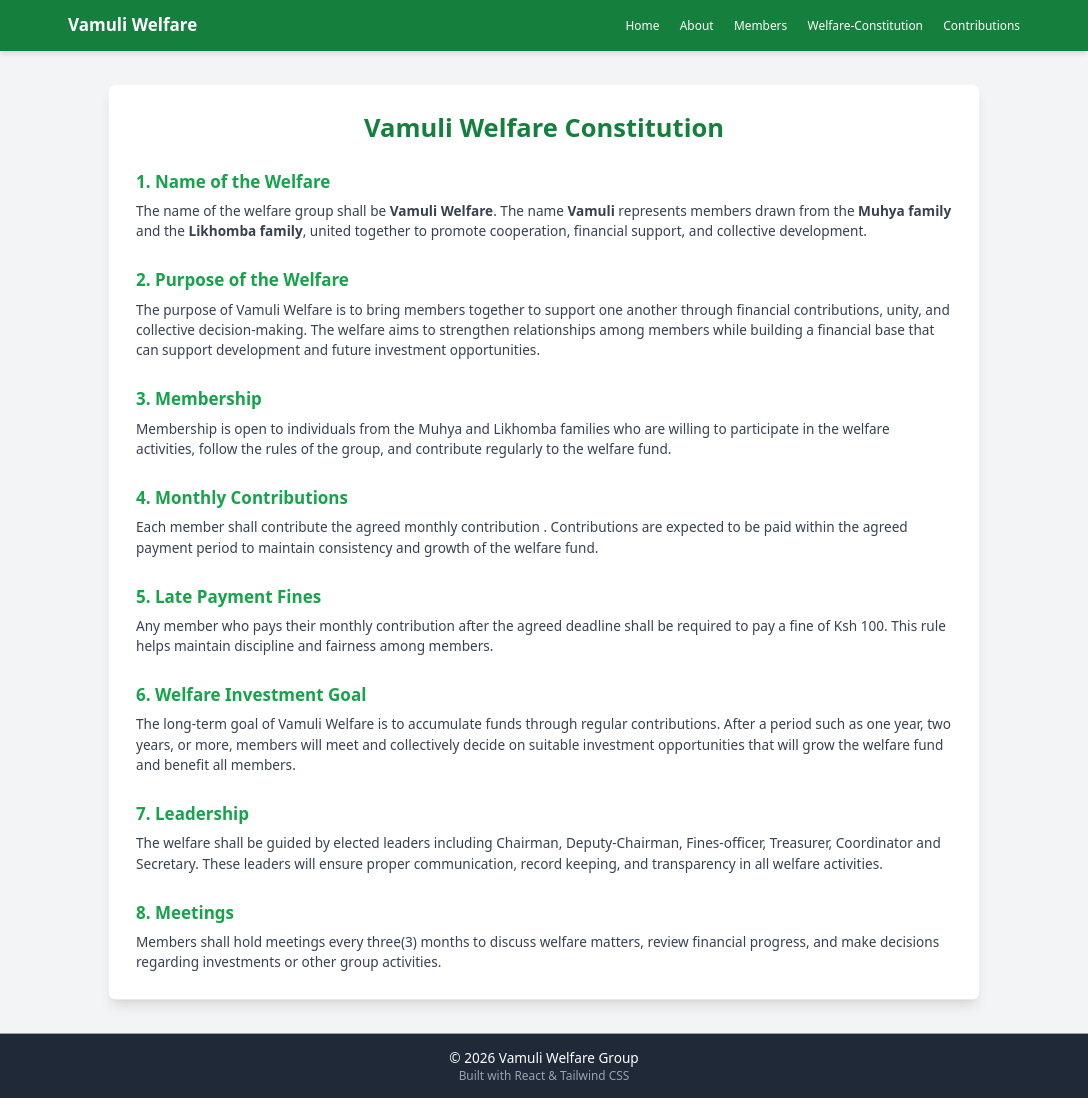
Repository: Engineer-collo/Vamuli-welfare
Page: /constitution
The author's editor kept a copy of each file at every save. The page is drawn from the files as they stood at one save, then again after the next save.
The browser window is 1280 px wide. The pictures show the whole page, at 85% of full size.
The project was rebuilt for these pictures with package versions that can differ from the ones it lists, and the page was loaded fresh each time. Also part of the build but not shown: vite.config.js, src/pages/contributionsData.js, src/pages/Home.jsx, src/pages/Members.jsx, src/pages/ContributionsTable.jsx, src/pages/About.jsx.

Above is the page before, as saved 2026-03-16 15:22:58.

### index.html
<!doctype html>
<html lang="en">
  <head>
    <meta charset="UTF-8" />
    <link rel="icon" type="image/svg+xml" href="/favicon.svg" />
    <meta name="viewport" content="width=device-width, initial-scale=1.0" />
    <title>vamuli-welfare</title>
  </head>
  <body>
    <div id="root"></div>
    <script type="module" src="/src/main.jsx"></script>
  </body>
</html>

### src/App.jsx
import { BrowserRouter as Router, Routes, Route } from "react-router-dom";

import Navbar from "./components/Navbar";
import Footer from "./components/Footer";

import Home from "./pages/Home";
import Members from "./pages/Members";
import ContributionsTable from "./pages/ContributionsTable";
import WelfareConstituion from "./pages/WelfareConstituion";
import About from "./pages/About";

function App() {
  return (
    <Router>
      <div className="bg-gray-100 min-h-screen">

        <Navbar />

        <Routes>
          <Route path="/" element={<Home />} />
          <Route path="/members" element={<Members />} />
          <Route path="/contributions" element={<ContributionsTable />} />
          <Route path="/about" element={<About />} />
          <Route path="/constitution" element={<WelfareConstituion/>} />

        </Routes>

        <Footer />

      </div>
    </Router>
  );
}

export default App;

### src/components/Navbar.jsx
import { Link } from "react-router-dom";

function Navbar() {
  return (
    <nav className="bg-green-700 text-white shadow-md">
      <div className="max-w-6xl mx-auto flex justify-between items-center p-4">

        <h1 className="text-xl font-bold">
          <Link to="/">Vamuli Welfare</Link>
        </h1>

        <ul className="flex gap-6 text-sm">
          <li>
            <Link to="/" className="hover:text-gray-200">Home</Link>
          </li>

          <li>
            <Link to="/about" className="hover:text-gray-200">About</Link>
          </li>

          <li>
            <Link to="/members" className="hover:text-gray-200">Members</Link>
          </li>

          <li>
            <Link to="/constitution" className="hover:text-gray-200">Welfare-Constitution</Link>
          </li>


          <li>
            <Link to="/contributions" className="hover:text-gray-200">Contributions</Link>
          </li>



        </ul>

      </div>
    </nav>
  );
}

export default Navbar;

### src/components/Footer.jsx
import React from "react";

function Footer() {
  return (
    <footer className="bg-gray-800 text-white mt-10">
      <div className="max-w-6xl mx-auto text-center p-4">
        <p>© 2026 Vamuli Welfare Group</p>
        <p className="text-sm text-gray-400">
          Built with React & Tailwind CSS
        </p>
      </div>
    </footer>
  );
}

export default Footer;

### src/pages/WelfareConstituion.jsx
import React from "react";

function Constitution() {
  return (
    <div className="max-w-5xl mx-auto mt-10 bg-white shadow-lg rounded-lg p-8">

      <h1 className="text-3xl font-bold text-center text-green-700 mb-8">
        Vamuli Welfare Constitution
      </h1>

      {/* Introduction */}

      <section className="mb-8">
        <h2 className="text-xl font-semibold text-green-600 mb-2">
          1. Name of the Welfare
        </h2>

        <p className="text-gray-700">
          The name of the welfare group shall be <strong>Vamuli Welfare</strong>.
          The name <strong>Vamuli</strong> represents members drawn from the
          <strong> Muhya family </strong> and the <strong>Likhomba family</strong>,
          united together to promote cooperation, financial support, and
          collective development.
        </p>
      </section>

      {/* Purpose */}

      <section className="mb-8">
        <h2 className="text-xl font-semibold text-green-600 mb-2">
          2. Purpose of the Welfare
        </h2>

        <p className="text-gray-700">
          The purpose of Vamuli Welfare is to bring members together to support
          one another through financial contributions, unity, and collective
          decision-making. The welfare aims to strengthen relationships among
          members while building a financial base that can support development
          and future investment opportunities.
        </p>
      </section>

      {/* Membership */}

      <section className="mb-8">
        <h2 className="text-xl font-semibold text-green-600 mb-2">
          3. Membership
        </h2>

        <p className="text-gray-700">
          Membership is open to individuals from the Muhya and Likhomba
          families who are willing to participate in the welfare activities,
          follow the rules of the group, and contribute regularly to the
          welfare fund.
        </p>
      </section>

      {/* Contributions */}

      <section className="mb-8">
        <h2 className="text-xl font-semibold text-green-600 mb-2">
          4. Monthly Contributions
        </h2>

        <p className="text-gray-700">
          Each member shall contribute the agreed monthly contribution .
          Contributions are expected to be paid within the agreed payment
          period to maintain consistency and growth of the welfare fund.
        </p>
      </section>

      {/* Fines */}

      <section className="mb-8">
        <h2 className="text-xl font-semibold text-green-600 mb-2">
          5. Late Payment Fines
        </h2>

        <p className="text-gray-700">
          Any member who pays their monthly contribution after the agreed
          deadline shall be required to pay a fine of Ksh 100. This rule helps
          maintain discipline and fairness among members.
        </p>
      </section>

      {/* Investment */}

      <section className="mb-8">
        <h2 className="text-xl font-semibold text-green-600 mb-2">
          6. Welfare Investment Goal
        </h2>

        <p className="text-gray-700">
          The long-term goal of Vamuli Welfare is to accumulate funds through
          regular contributions. After a period such as one year, two years, or
          more, members will meet and collectively decide on suitable
          investment opportunities that will grow the welfare fund and benefit
          all members.
        </p>
      </section>

      {/* Leadership */}

      <section className="mb-8">
        <h2 className="text-xl font-semibold text-green-600 mb-2">
          7. Leadership
        </h2>

        <p className="text-gray-700">
          The welfare shall be guided by elected leaders including Chairman, Deputy-Chairman, Fines-officer, Treasurer,
          Coordinator and  Secretary. These leaders will ensure proper
          communication, record keeping, and transparency in all welfare
          activities.
        </p>
      </section>

      {/* Meetings */}

      <section>
        <h2 className="text-xl font-semibold text-green-600 mb-2">
          8. Meetings
        </h2>

        <p className="text-gray-700">
          Members shall hold meetings every three(3) months to discuss welfare
          matters, review financial progress, and make decisions regarding
          investments or other group activities.
        </p>
      </section>

    </div>
  );
}

export default Constitution;

### tailwind.config.js
/** @type {import('tailwindcss').Config} */
module.exports = {
  content: [
    "./index.html",
    "./src/**/*.{js,jsx}"
  ],
  theme: {
    extend: {},
  },
  plugins: [],
};

Loaded but not shown: src/main.jsx (common file); src/index.css (common file)

After the next save:
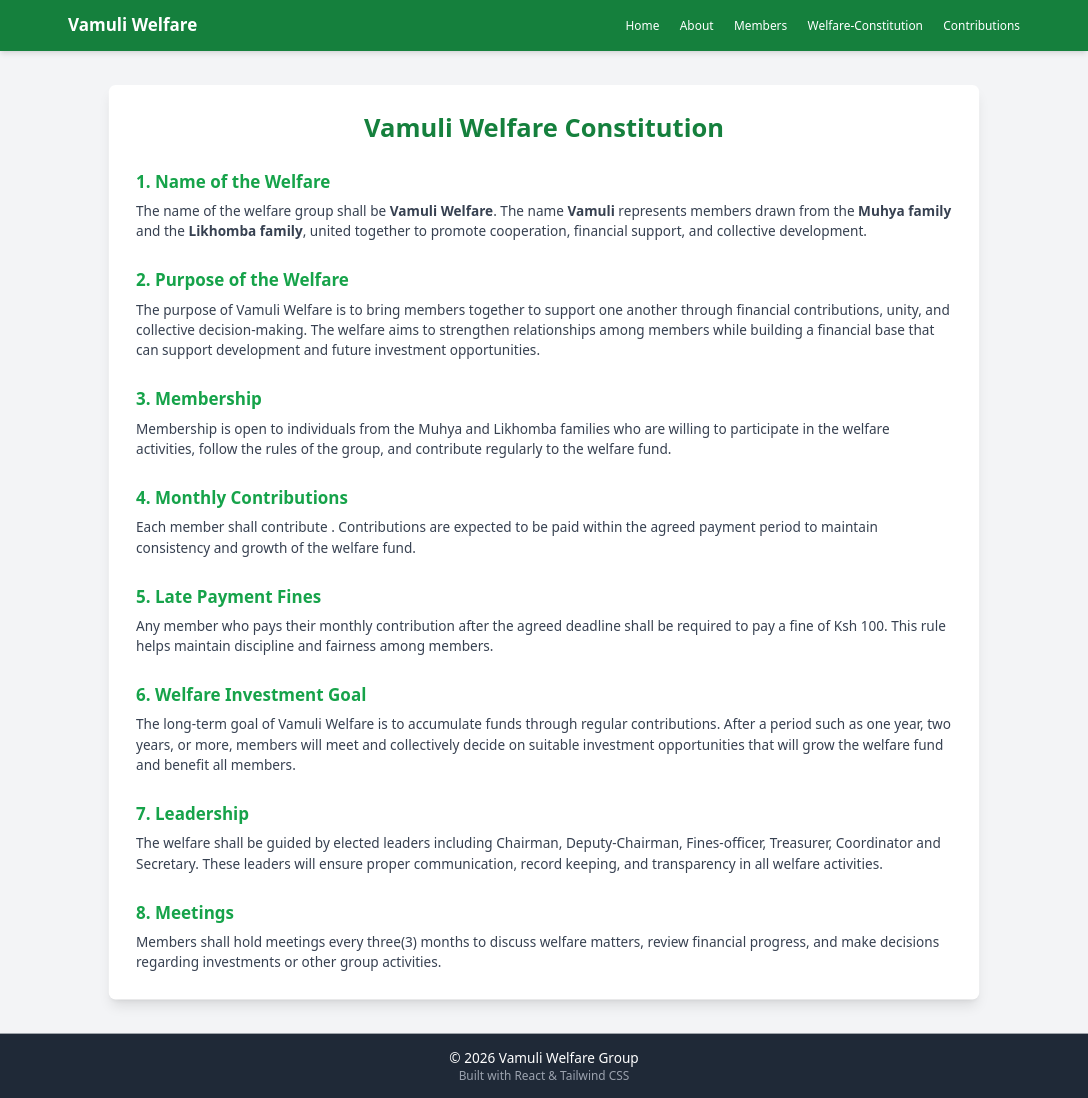
Saved 14 s later.
--- a/src/pages/WelfareConstituion.jsx
+++ b/src/pages/WelfareConstituion.jsx
@@ -63,7 +63,7 @@ function Constitution() {
         </h2>
 
         <p className="text-gray-700">
-          Each member shall contribute the agreed monthly contribution .
+          Each member shall contribute .
           Contributions are expected to be paid within the agreed payment
           period to maintain consistency and growth of the welfare fund.
         </p>
